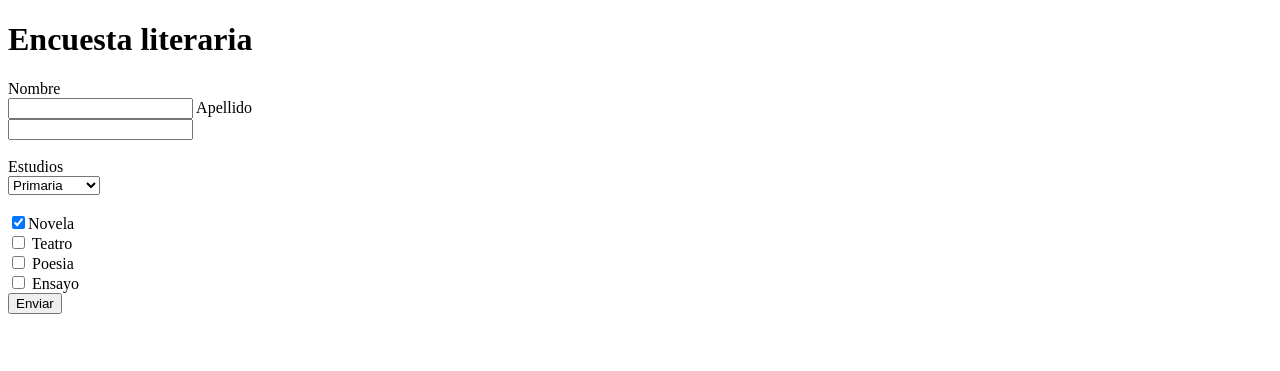
Repository: Scastellc/javaee
Page: Encuentra/WebContent/index.html
These files come from the project's save history. The page is drawn as it stood at one moment and after the next save; the edit follows.
The browser window is 1280 px wide. The pictures show the whole page.

Above is the page before, as saved 2017-02-16 17:52:04.

### Encuentra/WebContent/index.html
<!DOCTYPE html>
<html>
<head>
<meta charset="UTF-8">
<title>Encuesta</title>
</head>
<body>
<h1>Encuesta literaria</h1>

<form action="/Encuesta/mostrar">

	Nombre<br>
	<input type = "text" name ="nombre">

	Apellido<br>
	<input type = "text" name ="apellido"><br><br>

	Estudios<br>

	<select name="estudios">
		<option>Primaria</option>
		<option>Secundaria</option>
		<option>Bachillerato</option>
	</select> <br><br>

	<input type = "checkbox" name="preferencias" value="Novela" checked>Novela <br>
	<input type = "checkbox" name="preferencias" value="Teatro"> Teatro <br>
	<input type = "checkbox" name="preferencias" value="Poesia"> Poesia <br>
	<input type = "checkbox" name="preferencias" value="Ensayo"> Ensayo <br>

	<input type="submit" value="Enviar">

</form>
</body>
</html>

After the next save:
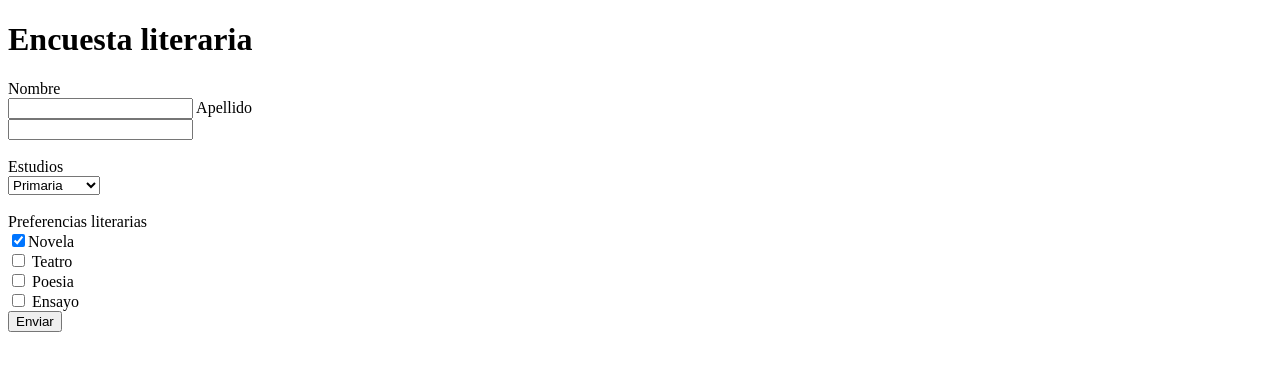
Saved 22 s later.
--- a/Encuentra/WebContent/index.html
+++ b/Encuentra/WebContent/index.html
@@ -23,6 +23,7 @@
 		<option>Bachillerato</option>
 	</select> <br><br>
 
+	Preferencias literarias <br>
 	<input type = "checkbox" name="preferencias" value="Novela" checked>Novela <br>
 	<input type = "checkbox" name="preferencias" value="Teatro"> Teatro <br>
 	<input type = "checkbox" name="preferencias" value="Poesia"> Poesia <br>
